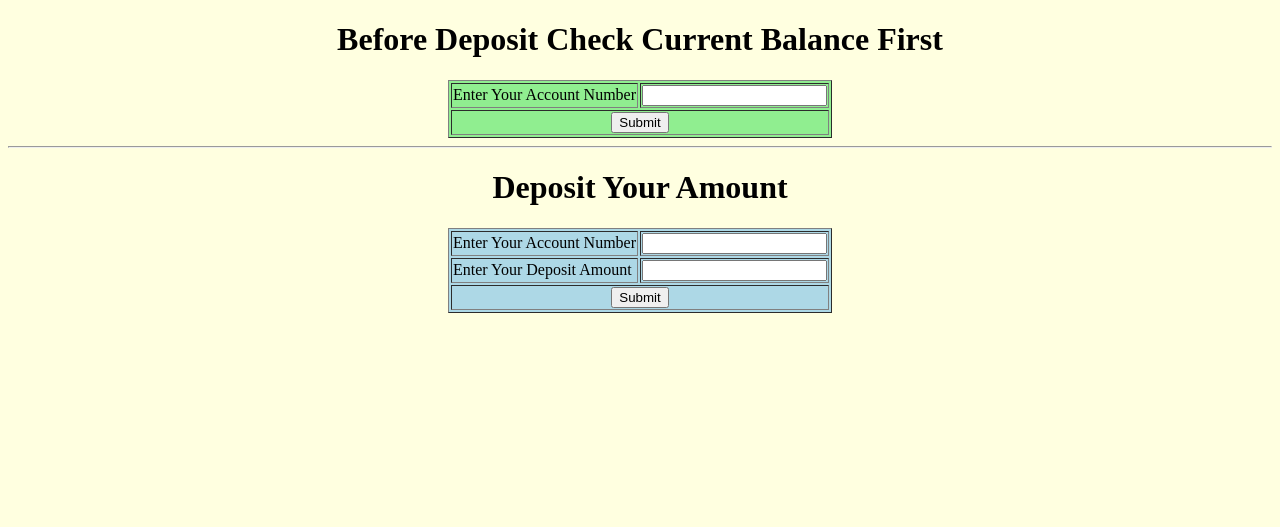
Repository: rukmini10/DXC
Page: DXC_MAVEN/Account/src/main/webapp/deposit.html
These files come from the project's save history. The page is drawn as it stood at one moment and after the next save; the edit follows.
The browser window is 1280 px wide. The pictures show the whole page.

Above is the page before, as saved 2022-05-07 11:02:21.

After the next save:
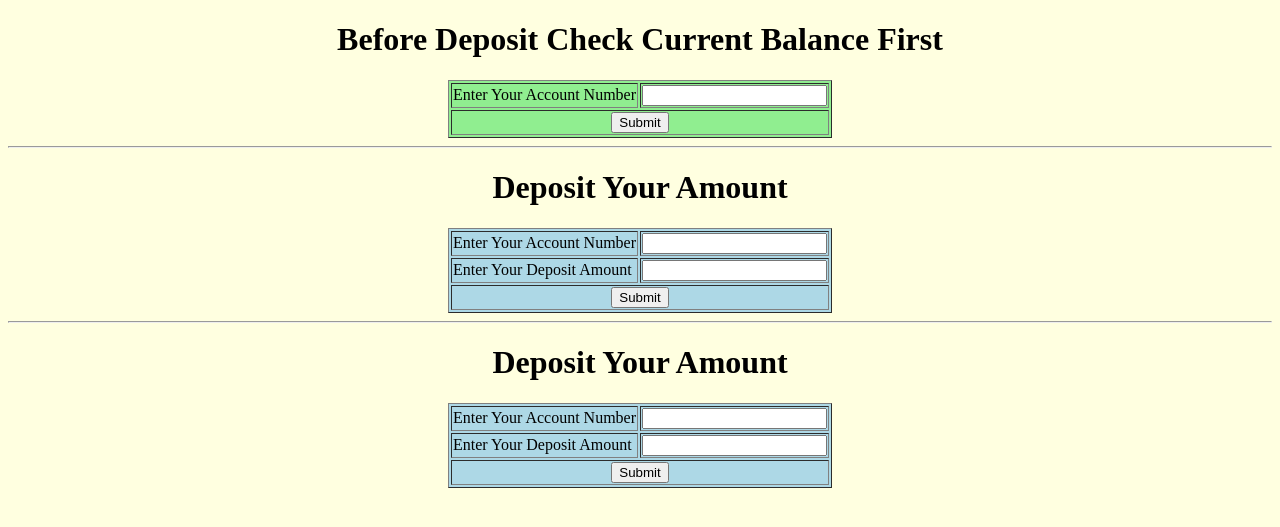
Saved 60 s later.
--- a/DXC_MAVEN/Account/src/main/webapp/deposit.html
+++ b/DXC_MAVEN/Account/src/main/webapp/deposit.html
@@ -44,6 +44,24 @@ and open the template in the editor.
             </form>
         </div>
 
+
+
+            <hr>
+            <div>
+            <h1>Deposit Your Amount</h1>
+            <form method="post" action="update_deposit.jsp">
+              <table border="1" bgcolor="lightblue">
+                  <tr>
+                        <td><label>Enter Your Account Number</label></td><td><input type="text" name="ano"></td></tr>
+                    <tr>
+                        <td><label>Enter Your Deposit Amount</label></td><td><input type="text" name="amt"></td>
+                    </tr>
+                                        <td colspan="2" align="center"><input type="Submit" value="Submit"></td>
+                    </tr>
+                </table>
+            </form>
+        </div>
+
     </center>
     </body>
 </html>
